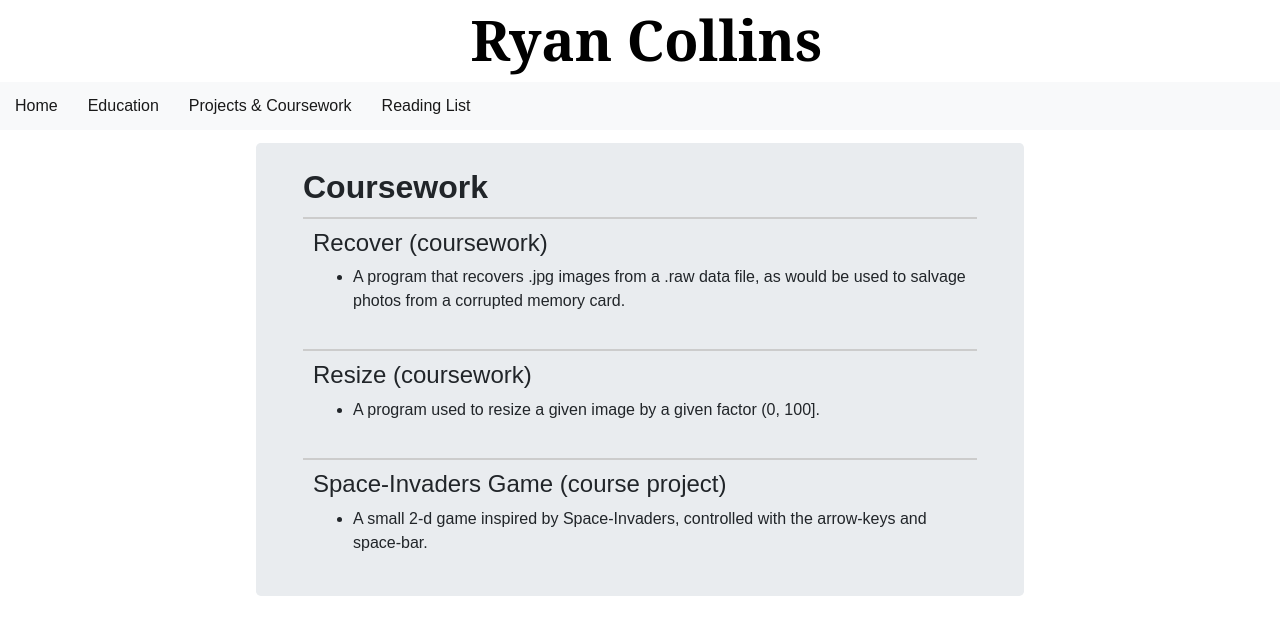
Repository: RyanMCollins/cs50
Page: pset5/homepage/projects.html
The author's editor kept a record of every edit. The page is drawn from the files as they stood at one moment, then again after the next edit.
The browser window is 1280 px wide. The pictures show the whole page.

Above is the page before.

### pset5/homepage/projects.html
<!DOCTYPE html>

<html lang="en">
    <head>
        <meta name="viewport" content="width=device-width, initial-scale=1, shrink-to-fit=no">
        <script src="https://code.jquery.com/jquery-3.3.1.slim.min.js" integrity="sha384-q8i/X+965DzO0rT7abK41JStQIAqVgRVzpbzo5smXKp4YfRvH+8abtTE1Pi6jizo" crossorigin="anonymous"></script>
        <script src="https://cdnjs.cloudflare.com/ajax/libs/popper.js/1.14.3/umd/popper.min.js" integrity="sha384-ZMP7rVo3mIykV+2+9J3UJ46jBk0WLaUAdn689aCwoqbBJiSnjAK/l8WvCWPIPm49" crossorigin="anonymous"></script>
        <script src="https://stackpath.bootstrapcdn.com/bootstrap/4.1.3/js/bootstrap.min.js" integrity="sha384-ChfqqxuZUCnJSK3+MXmPNIyE6ZbWh2IMqE241rYiqJxyMiZ6OW/JmZQ5stwEULTy" crossorigin="anonymous"></script>
        <link href="https://stackpath.bootstrapcdn.com/bootstrap/4.1.3/css/bootstrap.min.css" rel="stylesheet">
        <link href="styles.css" rel="stylesheet">
        <title>Projects & Coursework</title>
    </head>
    <body>
        <h1 id="site-title">
            Ryan Collins
        </h1>
        <nav class="navbar navbar-expand-lg navbar-light bg-light">

            <button class="navbar-toggler" type="button" data-toggle="collapse" data-target="#navbarSupportedContent" aria-controls="navbarSupportedContent" aria-expanded="false" aria-label="Toggle navigation">
                <span class="navbar-toggler-icon"></span>
              </button>

              <div class="collapse navbar-collapse" id="navbarSupportedContent">
                <ul class="navbar-nav mr-auto">
                  <li class="nav-item active">
                    <a class="nav-link" href="/home">Home<span class="sr-only">(current)</span></a>
                  </li>
                  <li class="nav-item active">
                    <a class="nav-link" href="/education">Education<span class="sr-only">(current)</span></a>
                  </li>
                  <li class="nav-item active">
                    <a class="nav-link" href="/projects">Projects & Coursework<span class="sr-only">(current)</span></a>
                  </li>
                  <li class="nav-item active">
                    <a class="nav-link" href="/readlist">Reading List<span class="sr-only">(current)</span></a>
                  </li>
                </ul>
              </div>
        </nav>
        <div class="jumbotron">
            <div class="container">
                <h2 class="main-header">
                    Coursework
                </h2>
                <div class="sub-division">
                    <h4>
                        Recover (coursework)
                    </h4>
                    <ul>
                        <li>
                            A program that recovers .jpg images from a .raw data file, as would be used to salvage photos from a corrupted
                            memory card.
                        </li>
                    </ul>
                </div>
                <div class="sub-division">
                    <h4>
                        Resize (coursework)
                    </h4>
                    <ul>
                        <li>
                            A program used to resize a given image by a given factor (0, 100].
                        </li>
                    </ul>
                </div>
                <div class="sub-division">
                    <h4>
                        Space-Invaders Game (course project)
                    </h4>
                    <ul>
                        <li>
                            A small 2-d game inspired by Space-Invaders, controlled with the arrow-keys and space-bar.
                        </li>
                    </ul>
                </div>
            </div>
        </div>
    </body>
</html>

### pset5/homepage/styles.css
body {
    font-size: 14;
    font-family: "Arial";
    min-height: 100vh;
}

#site-title {
    text-align: center;
    font-size: 350%;
    font-family: "Georgia";
    font-weight: bold;
    color: #000000;
    padding-left: 1%;
    padding-bottom: .7%;
    padding-top: .45%;
    margin: 0;
}

@media  screen and (max-width: 368px) {
    #site-title {
        font-size: 200%;
    }
}

#site-title a {
    color: inherit;
    text-decoration: none;
}

.navbar {
    padding: 0;
    /*padding: 0 1%;*/
    background-color: #eee;
}

.flex-break.flex-small {
    flex: 1;
}

.flex-break.flex-large {
    flex: 2;
}

@media  screen and (max-width: 990px) {
    .flex-break.flex-large, .flex-break.flex-small {
        justify-content: flex-start!important;
    }
}

.nav-item {
    padding: 0 5px;
    margin: 4px 2px;
}

.jumbotron {
    margin: 1% 20%;
    padding-top: 2%;
    padding-bottom: 5px;
}

.main-header {
    font-size: 200%;
    font-weight: bold;
}

.sub-division {
    border-top: solid #cccccc 2px;
    margin-top: 10px;
    margin-bottom: 10px;
    padding: 10px;
}

.sub-division-header {
    display: flex;
    padding-bottom: 15px;
}

.sub-division-title {
    font-size: 24px;
    float: left;
    margin-bottom: 0px;
    margin-top: auto;
}

.sub-division-appendice {
    font-size: 18px;
    margin-bottom: 0px;
    margin-top: auto;
}

.sub-division-appendice.date {
    margin-right: 0px;
    margin-left: auto;
}

.sub-division-author {
    font-size: 20px;
    padding-bottom: 10px;
}

After the next edit:
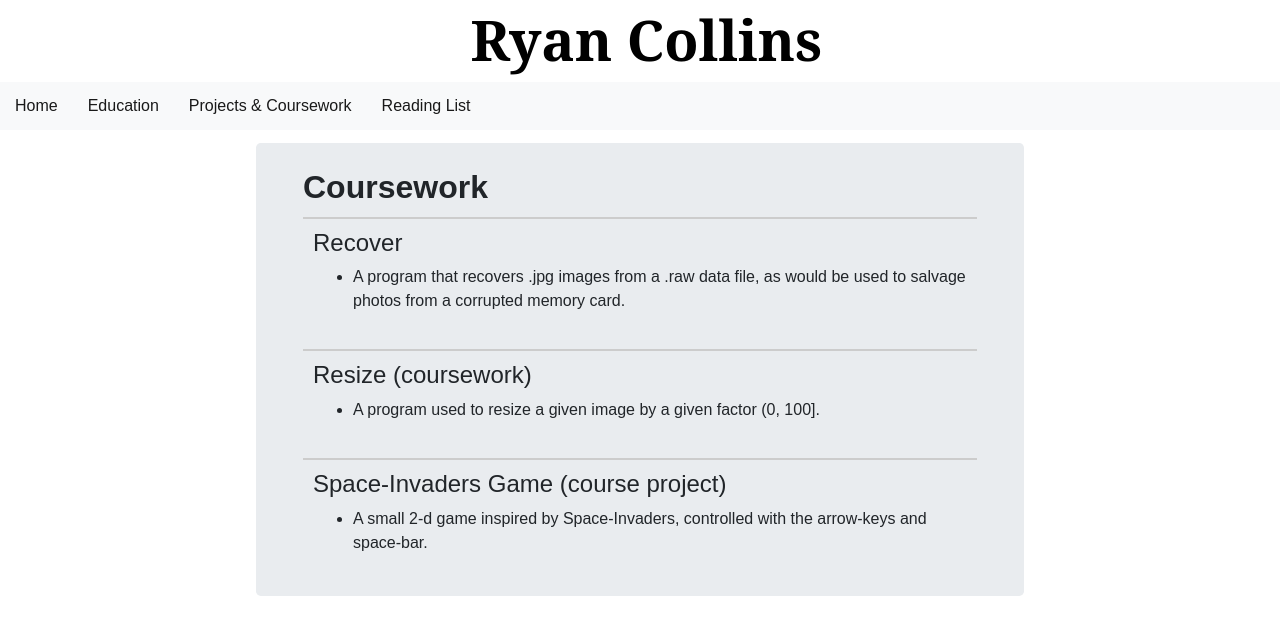
The edit:
--- a/pset5/homepage/projects.html
+++ b/pset5/homepage/projects.html
@@ -44,7 +44,7 @@
                 </h2>
                 <div class="sub-division">
                     <h4>
-                        Recover (coursework)
+                        Recover
                     </h4>
                     <ul>
                         <li>
